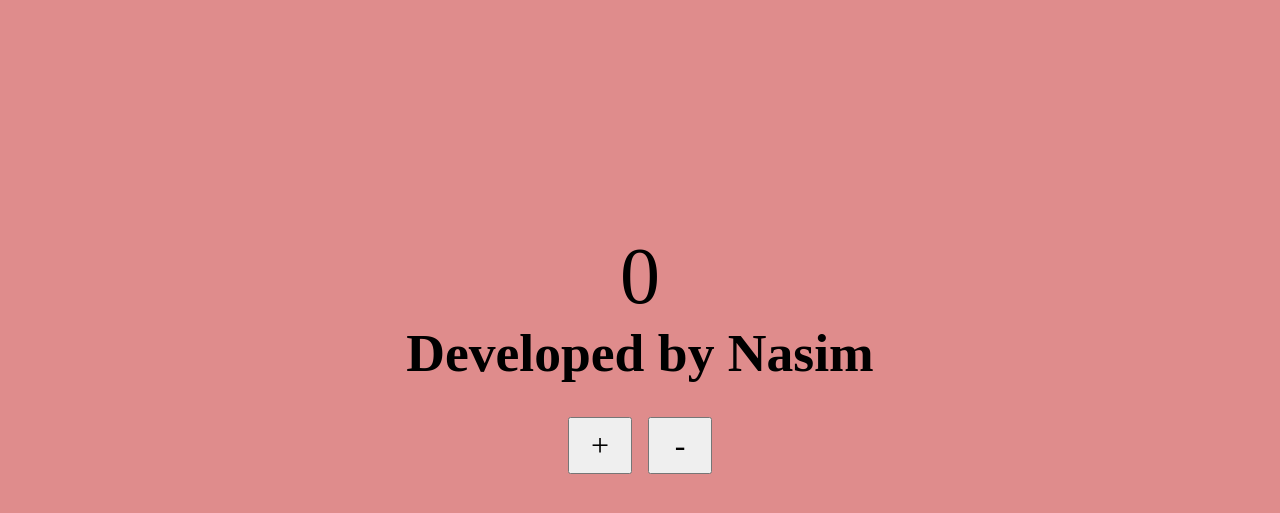
Repository: nasimqureshi/counter-in-redux
Page: /
The author's editor kept a copy of each file at every save. The page is drawn from the files as they stood at one save, then again after the next save.
The browser window is 1280 px wide. The pictures show the whole page.
The project was rebuilt for these pictures with package versions that can differ from the ones it lists, and the page was loaded fresh each time.

Above is the page before, as saved 2024-10-16 22:59:01.

### src/index.js
import React from 'react';
import ReactDOM from 'react-dom';
import './index.css';
import App from './App';
import { store } from './app/store';
import { Provider } from 'react-redux';

ReactDOM.render(
  <React.StrictMode>
    <Provider store={store}>
      <App />
    </Provider>
  </React.StrictMode>,
  document.getElementById('root')
);

### src/index.css
* {
  margin: 0;
  padding: 0;
  box-sizing: border-box;
}

body {
  min-height: 100vh;
  font-size: 5rem;
  display: grid;
  place-content: center;
  background-color: #df8c8c;
}

input,
button {
  font: inherit;
  padding: 0.5rem;
}

section {
  display: flex;
  flex-direction: column;
  justify-content: center;
  align-items: center;
}

input {
  text-align: center;
  max-width: 2.5em;
}

button {
  font-size: 2rem;
  margin: 0.5em 0 0.5em 0.5em;
  min-width: 2em;
}

button:first-child {
  margin-left: 0;
}

### src/App.js

import Counter from "./features/counter/Counter";
function App() {
  return (
    <div className="App">
      <Counter />
    </div>
  );
}

export default App;

### src/app/store.js
import { configureStore } from "@reduxjs/toolkit";
import counterReducer from '../features/counter/counterSlice';

export const store = configureStore({
  reducer: {
    counter: counterReducer,
  }
})

### src/features/counter/Counter.js
import React from 'react';
import { useSelector, useDispatch } from 'react-redux';
import { increment, decrement } from './counterSlice';

const Counter = () => {
  const count = useSelector((state) => state.counter.count);
  const dispatch = useDispatch();

  return (
    <section>
      <p>{count}</p>
      <h6>Developed by Nasim</h6>
      <div>
        <button onClick={()=> dispatch(increment())}>+</button>
        <button onClick={()=> dispatch(decrement())}>-</button>
      </div>
    </section>
  );
}

export default Counter;

### src/features/counter/counterSlice.js
import { createSlice } from '@reduxjs/toolkit'

const initialState = {
  count: 0
}
export const counterSlice = createSlice({
    name:'counter',
    initialState,
    reducers: {
      increment: (state) => {
        state.count += 1;
      },
      decrement: (state) => {
        state.count -= 1;
      }
    }
})
export const { increment, decrement } = counterSlice.actions;
export default counterSlice.reducer;

Loaded but not shown: public/index.html (common file)

After the next save:
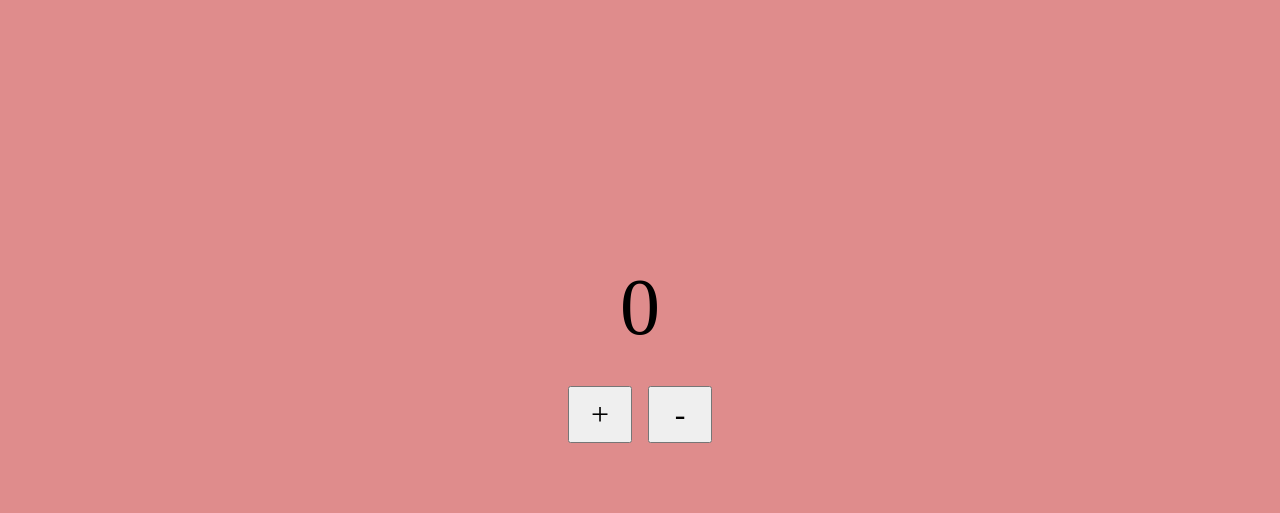
Saved 17 s later.
--- a/src/features/counter/Counter.js
+++ b/src/features/counter/Counter.js
@@ -9,7 +9,7 @@ const Counter = () => {
   return (
     <section>
       <p>{count}</p>
-      <h6>Developed by Nasim</h6>
+
       <div>
         <button onClick={()=> dispatch(increment())}>+</button>
         <button onClick={()=> dispatch(decrement())}>-</button>
